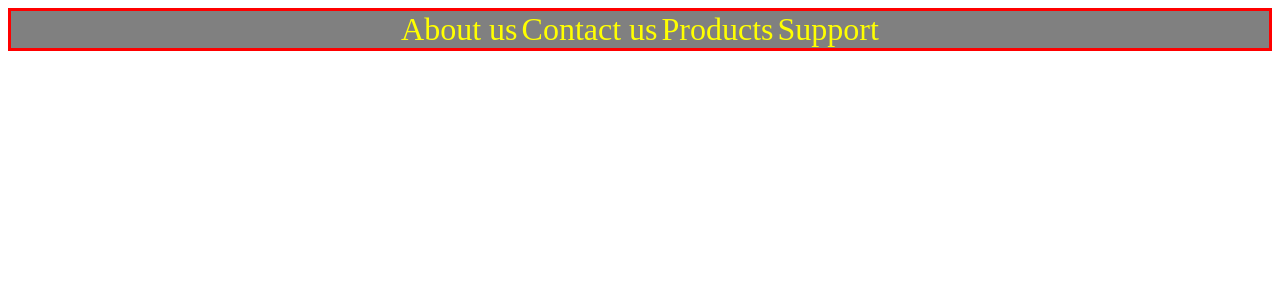
Repository: SrikanthGadde/MaGE-JavaFS
Page: Week-1/Sept1/HTML&CSS/WebContent/Test.html
The author's editor kept a copy of each file at every save. The page is drawn from the files as they stood at one save, then again after the next save.
The browser window is 1280 px wide. The pictures show the whole page.

Above is the page before, as saved 2020-09-01 07:31:14.

### Week-1/Sept1/HTML&CSS/WebContent/Test.html
<!DOCTYPE html>
<html>
<head>
<!-- <meta charset="ISO-8859-1"> -->
<title>Insert title here</title>
 <!-- Property: Value-->
<style>
	a:hover {
  /*background-color: yellow;*/
  color: blue
}
	a{
		/*background-color: orange;*/
		color: yellow;
		font-size: xx-large;
		text-align:center
	}
	div{
	border:solid 3px red;
	background-color: gray;
	text-align: center;
	align-items: center;
	}
</style>
</head>
<body>
<div>
	<a>About us</a>
	<a>Contact us</a>
	<a>Products</a>
	<a>Support</a>
</div>
</body>
</html>

After the next save:
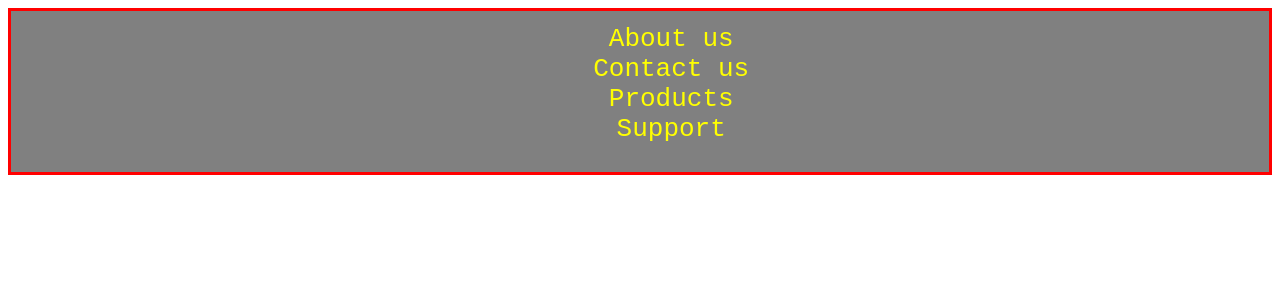
Saved 74 s later.
--- a/Week-1/Sept1/HTML&CSS/WebContent/Test.html
+++ b/Week-1/Sept1/HTML&CSS/WebContent/Test.html
@@ -25,10 +25,12 @@
 </head>
 <body>
 <div>
+	<pre>
 	<a>About us</a>
 	<a>Contact us</a>
 	<a>Products</a>
 	<a>Support</a>
+	</pre>
 </div>
 </body>
 </html>
